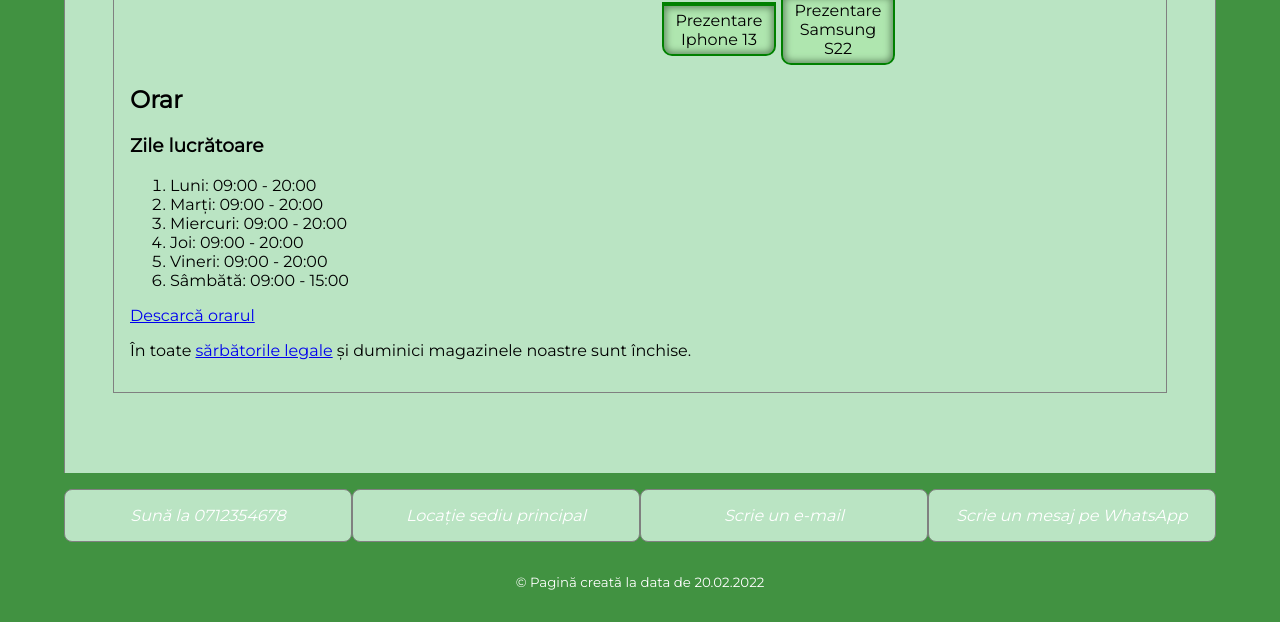
Repository: alexbanilean/Proiect-TW---ElectroHub
Page: index.html
The author's editor kept a copy of each file at every save. The page is drawn from the files as they stood at one save, then again after a run of saves.
The browser window is 1280 px wide. The pictures show the part of the page from y = 3956 to 4578 px (the page is 4578 px tall before and 4544 px after).

Above is the page before, as saved 2022-03-06 19:24:42.

### index.html
<!DOCTYPE html>
<html lang="ro">
    <head>

        <meta charset="utf-8">
        <meta name="description" content="Universul electronicelor și electrocasnicelor la cele mai bune prețuri.">
        <meta name="keywords" content="electronice, electrocasnice, telefoane, tablete, jocuri, televizoare, smartphone">
        <meta name="author" content="Alexandru Bănilean">

        <title>ElectroHub</title>

        <link rel="apple-touch-icon" sizes="180x180" href="./resurse/ico/apple-touch-icon.png">
        <link rel="icon" type="image/png" sizes="32x32" href="./resurse/ico/favicon-32x32.png">
        <link rel="icon" type="image/png" sizes="16x16" href="./resurse/ico/favicon-16x16.png">
        <link rel="manifest" href="./resurse/ico/site.webmanifest">
        <link rel="mask-icon" href="./resurse/ico/safari-pinned-tab.svg" color="#5bbad5">
        <link rel="shortcut icon" href="./resurse/ico/favicon.ico">
        <meta name="msapplication-TileColor" content="#da532c">
        <meta name="msapplication-config" content="./resurse/ico/browserconfig.xml">
        <meta name="theme-color" content="#ffffff">

        <link rel="stylesheet" href="./resurse/css/general.css" type="text/css"/>
        <link rel="stylesheet" href="./resurse/css/general-1200.css" type="text/css" media="screen and (max-width:1200px)"/>
        <link rel="stylesheet" href="./resurse/css/general-500.css" type="text/css" media="screen and (max-width:500px)"/>
        <link rel="stylesheet" href="./resurse/css/nav.css" type="text/css"/>
        <link rel="stylesheet" href="./resurse/css/nav-500.css" type="text/css" media="screen and (max-width:500px)"/>

        <link rel="stylesheet" href="https://use.fontawesome.com/releases/v6.0.0/css/all.css">
        <link rel="preconnect" href="https://fonts.gstatic.com">
        <link href="https://fonts.googleapis.com/css?family=Montserrat" rel="stylesheet"/>

    </head>
    <body>
        <header>
            <h1>ElectroHub</h1>
        </header>

        <nav>

            <label id="hamburger" for="ch-menu">
                <img src="./resurse/imagini/hamburger_icon_alb.png" alt="menu">
            </label>
            <input id="ch-menu" type="checkbox">

            <ul class="meniu">
                <li><div class="home-button"><span class="text-home-button">Acasă</span></div>
                    <ul>
                        <li><a href="#welcome">Bine ați venit!</a></li>
                        <li><a href="#orar">Orar</a></li>
                    </ul>
                </li>
                <li><div>Despre</div>
                    <ul>
                        <li><a href="despre.html#prezentare">Prezentare</a></li>
                        <li><a href="despre.html#istoric">Istoric</a></li>
                        <li><a href="despre.html#galerie">Galerie</a></li>
                    </ul>
                </li>
                <li><div>Produse</div>
                    <ul>
                        <li><a href="#">Toate</a></li>
                        <li><a href="#">Telefoane & Tablete</a></li>
                        <li><a href="#">Laptop & Desktop</a></li>
                        <li><a href="#">TV</a></li>
                        <li><a href="#">Audio-Video & Foto</a></li>
                        <li><a href="#">Periferice</a></li>
                        <li><a href="#">Gaming, Jocuri</a></li>
                        <li><a href="#">Electrocasnice mari</a></li>
                        <li><a href="#">Electrocasnice mici</a></li>
                        <li><a href="#">Îngrijire personală</a></li>
                    </ul>
                </li>
                <li><a href="suport_clienti.html">Suport clienți</a></li>
                <li><a href="contact.html">Contact</a></li>
            </ul>
        </nav>

        <main>
            <div id="grid-pagina">
                <section id="welcome">
                    <h2>Bine ați venit!</h2>
                    <p>ElectroHub România reprezintă cel mai mare furnizor de tehnologie la nivel național,
                        oferind clienților toate produsele <b>electronice</b> și <b>electrocasnice</b> necesare, împreună cu servicii de calitate,
                        dar și tehnică de ultimă generație, de la cele mai noi <b>televizoare</b> numai bune pentru a te relaxa, până la <b>telefoane</b> mobile,
                        <b>tablete</b> și <b>jocuri</b> pentru a-i face fericiți pe cei mici și nu numai.</p>
                    <p>Scopurile urmărite de compania noastră sunt:</p>
                    <ol>
                        <li>Asigurarea serviciilor de calitate clienților noștri</li>
                        <li>Eficiență și rapiditate</li>
                        <li>Oferirea unei game variate de produse</li>
                        <li><q lang="ro" cite="https://www.postmodern.ro/articol/citate-despre-succes/">Când totul pare că e împotriva ta, amintește-ți că avioanele decolează întotdeauna împotriva vântului.</q></li>
                    </ol>

                    <figure>
                        <img sizes="(min-width:1200px) 1280px, (min-width:600px) 640px, 200px"
                            srcset="./resurse/imagini/online_shopping_large.jpg 1280w,
                                    ./resurse/imagini/online_shopping_medium.jpg 640w,
                                    ./resurse/imagini/online_shopping_small.jpg 200w"
                            src="./resurse/imagini/online_shopping_medium.jpg"
                            alt="online_shopping"
                            class="imagine_client"/>
                        <figcaption>Servicii de <em>calitate</em> și clienți mulțumiți</figcaption>
                    </figure>

                </section>

                <section id="tabel">
                    <p>Lorem ipsum dolor sit amet, consectetur adipiscing elit. Nullam aliquam odio vitae purus sagittis congue. Nullam eu facilisis felis. Suspendisse dapibus, leo id hendrerit convallis, dolor eros condimentum augue, eu luctus felis dolor sed odio. Phasellus congue tincidunt lectus, quis laoreet nibh. Nam ac nulla aliquet, dapibus eros non, dictum nulla. Donec mollis, nunc vel fringilla condimentum, enim orci varius ante, sed rutrum lectus risus et quam. Sed suscipit ac eros nec placerat. Aliquam quis urna id orci eleifend eleifend ut in sem. Fusce facilisis tristique tellus at fermentum.
                       Sed scelerisque malesuada felis eget luctus. In consectetur et lectus vel maximus. Morbi accumsan magna sed orci lobortis imperdiet. Nam sit amet risus vel lectus maximus accumsan vitae at metus. Ut convallis nisi vel tortor placerat varius. Sed pulvinar felis quis magna bibendum convallis. Praesent at arcu eget turpis viverra varius ut vel elit. Nulla cursus faucibus magna, vitae laoreet magna feugiat sit amet. Pellentesque dictum mauris lacinia, elementum tellus vitae, interdum velit. Nullam a commodo nibh. Aenean ultricies venenatis mauris. Pellentesque vel scelerisque felis. Cras gravida, sem nec laoreet bibendum, leo sapien dignissim massa, et ullamcorper sapien purus cursus ex. Phasellus consequat fringilla enim, non aliquam velit egestas lobortis.</p>
                </section>

                <section id="calendar">
                    <p>Lorem ipsum dolor sit amet, consectetur adipiscing elit. Nullam aliquam odio vitae purus sagittis congue. Nullam eu facilisis felis. Suspendisse dapibus, leo id hendrerit convallis, dolor eros condimentum augue, eu luctus felis dolor sed odio. Phasellus congue tincidunt lectus, quis laoreet nibh. Nam ac nulla aliquet, dapibus eros non, dictum nulla. Donec mollis, nunc vel fringilla condimentum, enim orci varius ante, sed rutrum lectus risus et quam. Sed suscipit ac eros nec placerat. Aliquam quis urna id orci eleifend eleifend ut in sem. Fusce facilisis tristique tellus at fermentum.
                        Sed scelerisque malesuada felis eget luctus. In consectetur et lectus vel maximus. Morbi accumsan magna sed orci lobortis imperdiet. Nam sit amet risus vel lectus maximus accumsan vitae at metus. Ut convallis nisi vel tortor placerat varius. Sed pulvinar felis quis magna bibendum convallis. Praesent at arcu eget turpis viverra varius ut vel elit. Nulla cursus faucibus magna, vitae laoreet magna feugiat sit amet. Pellentesque dictum mauris lacinia, elementum tellus vitae, interdum velit. Nullam a commodo nibh. Aenean ultricies venenatis mauris. Pellentesque vel scelerisque felis. Cras gravida, sem nec laoreet bibendum, leo sapien dignissim massa, et ullamcorper sapien purus cursus ex. Phasellus consequat fringilla enim, non aliquam velit egestas lobortis.</p>
                </section>

                <section id="anunturi">
                    <p>Lorem ipsum dolor sit amet, consectetur adipiscing elit. Nullam aliquam odio vitae purus sagittis congue. Nullam eu facilisis felis. Suspendisse dapibus, leo id hendrerit convallis, dolor eros condimentum augue, eu luctus felis dolor sed odio. Phasellus congue tincidunt lectus, quis laoreet nibh. Nam ac nulla aliquet, dapibus eros non, dictum nulla. Donec mollis, nunc vel fringilla condimentum, enim orci varius ante, sed rutrum lectus risus et quam. Sed suscipit ac eros nec placerat. Aliquam quis urna id orci eleifend eleifend ut in sem. Fusce facilisis tristique tellus at fermentum.
                        Sed scelerisque malesuada felis eget luctus. In consectetur et lectus vel maximus. Morbi accumsan magna sed orci lobortis imperdiet. Nam sit amet risus vel lectus maximus accumsan vitae at metus. Ut convallis nisi vel tortor placerat varius. Sed pulvinar felis quis magna bibendum convallis. Praesent at arcu eget turpis viverra varius ut vel elit. Nulla cursus faucibus magna, vitae laoreet magna feugiat sit amet. Pellentesque dictum mauris lacinia, elementum tellus vitae, interdum velit. Nullam a commodo nibh. Aenean ultricies venenatis mauris. Pellentesque vel scelerisque felis. Cras gravida, sem nec laoreet bibendum, leo sapien dignissim massa, et ullamcorper sapien purus cursus ex. Phasellus consequat fringilla enim, non aliquam velit egestas lobortis.</p>
                </section>

                <section id="users-list">
                    <p>Lorem ipsum dolor sit amet, consectetur adipiscing elit. Nullam aliquam odio vitae purus sagittis congue. Nullam eu facilisis felis. Suspendisse dapibus, leo id hendrerit convallis, dolor eros condimentum augue, eu luctus felis dolor sed odio. Phasellus congue tincidunt lectus, quis laoreet nibh. Nam ac nulla aliquet, dapibus eros non, dictum nulla. Donec mollis, nunc vel fringilla condimentum, enim orci varius ante, sed rutrum lectus risus et quam. Sed suscipit ac eros nec placerat. Aliquam quis urna id orci eleifend eleifend ut in sem. Fusce facilisis tristique tellus at fermentum.
                        Sed scelerisque malesuada felis eget luctus. In consectetur et lectus vel maximus. Morbi accumsan magna sed orci lobortis imperdiet. Nam sit amet risus vel lectus maximus accumsan vitae at metus. Ut convallis nisi vel tortor placerat varius. Sed pulvinar felis quis magna bibendum convallis. Praesent at arcu eget turpis viverra varius ut vel elit. Nulla cursus faucibus magna, vitae laoreet magna feugiat sit amet. Pellentesque dictum mauris lacinia, elementum tellus vitae, interdum velit. Nullam a commodo nibh. Aenean ultricies venenatis mauris. Pellentesque vel scelerisque felis. Cras gravida, sem nec laoreet bibendum, leo sapien dignissim massa, et ullamcorper sapien purus cursus ex. Phasellus consequat fringilla enim, non aliquam velit egestas lobortis.</p>
                </section>

                <section id="statistici">
                    <p>Lorem ipsum dolor sit amet, consectetur adipiscing elit. Nullam aliquam odio vitae purus sagittis congue. Nullam eu facilisis felis. Suspendisse dapibus, leo id hendrerit convallis, dolor eros condimentum augue, eu luctus felis dolor sed odio. Phasellus congue tincidunt lectus, quis laoreet nibh. Nam ac nulla aliquet, dapibus eros non, dictum nulla. Donec mollis, nunc vel fringilla condimentum, enim orci varius ante, sed rutrum lectus risus et quam. Sed suscipit ac eros nec placerat. Aliquam quis urna id orci eleifend eleifend ut in sem. Fusce facilisis tristique tellus at fermentum.
                        Sed scelerisque malesuada felis eget luctus. In consectetur et lectus vel maximus. Morbi accumsan magna sed orci lobortis imperdiet. Nam sit amet risus vel lectus maximus accumsan vitae at metus. Ut convallis nisi vel tortor placerat varius. Sed pulvinar felis quis magna bibendum convallis. Praesent at arcu eget turpis viverra varius ut vel elit. Nulla cursus faucibus magna, vitae laoreet magna feugiat sit amet. Pellentesque dictum mauris lacinia, elementum tellus vitae, interdum velit. Nullam a commodo nibh. Aenean ultricies venenatis mauris. Pellentesque vel scelerisque felis. Cras gravida, sem nec laoreet bibendum, leo sapien dignissim massa, et ullamcorper sapien purus cursus ex. Phasellus consequat fringilla enim, non aliquam velit egestas lobortis.</p>
                </section>

                <section id="date-site">
                    <p>Lorem ipsum dolor sit amet, consectetur adipiscing elit. Nullam aliquam odio vitae purus sagittis congue. Nullam eu facilisis felis. Suspendisse dapibus, leo id hendrerit convallis, dolor eros condimentum augue, eu luctus felis dolor sed odio. Phasellus congue tincidunt lectus, quis laoreet nibh. Nam ac nulla aliquet, dapibus eros non, dictum nulla. Donec mollis, nunc vel fringilla condimentum, enim orci varius ante, sed rutrum lectus risus et quam. Sed suscipit ac eros nec placerat. Aliquam quis urna id orci eleifend eleifend ut in sem. Fusce facilisis tristique tellus at fermentum.
                        Sed scelerisque malesuada felis eget luctus. In consectetur et lectus vel maximus. Morbi accumsan magna sed orci lobortis imperdiet. Nam sit amet risus vel lectus maximus accumsan vitae at metus. Ut convallis nisi vel tortor placerat varius. Sed pulvinar felis quis magna bibendum convallis. Praesent at arcu eget turpis viverra varius ut vel elit. Nulla cursus faucibus magna, vitae laoreet magna feugiat sit amet. Pellentesque dictum mauris lacinia, elementum tellus vitae, interdum velit. Nullam a commodo nibh. Aenean ultricies venenatis mauris. Pellentesque vel scelerisque felis. Cras gravida, sem nec laoreet bibendum, leo sapien dignissim massa, et ullamcorper sapien purus cursus ex. Phasellus consequat fringilla enim, non aliquam velit egestas lobortis.</p>
                </section>

                <section id="random">

                    <details>
                        <summary>Categorii de produse</summary>
                        <ol>
                            <li>Telefoane & Tablete</li>
                            <li>Laptop & Desktop</li>
                            <li>TV, Audio-Video & Foto</li>
                            <li>Periferice</li>
                            <li>Gaming, Jocuri</li>
                            <li>Electrocasnice mari</li>
                            <li>Electrocasnice mici</li>
                            <li>Îngrijire personală</li>
                        </ol>
                    </details>

                    <details>
                        <summary>Întrebări frecvente</summary>
                        <ol>
                            <li>Cum cumpăr?</li>
                            <li>Cum pot returna un produs?</li>
                            <li>Cum aflu dacă produsul meu este sau nu în garanție?</li>
                        </ol>
                    </details>

                    <section id="prezentari">
                        <h2>Prezentari</h2>
                        <p>Aici puteti vedea cele mai noi telefoane ale momentului prezentate profesionist.</p>

                        <div class="video-prezentari">
                            <div id="container-iframe">
                                <iframe name="ifr-video" width="560" height="315" src="https://www.youtube.com/embed/Awu6ZyfDeeQ"
                                allow="accelerometer; autoplay; clipboard-write; encrypted-media; gyroscope; picture-in-picture" allowfullscreen></iframe>
                            </div>

                             <div class="taburi-iframe">
                                <a href="https://www.youtube.com/embed/Awu6ZyfDeeQ" target="ifr-video">Prezentare Iphone 13</a>
                                <a href="https://www.youtube.com/embed/XTiu4o0PCxY" target="ifr-video">Prezentare Samsung S22</a>
                            </div>
                        </div>



                    </section>

                    <section id="orar">
                        <h2>Orar</h2>
                        <section>
                            <h3>Zile lucrătoare</h3>
                            <ol>
                                <li>Luni: 09:00 - 20:00</li>
                                <li>Marți: 09:00 - 20:00</li>
                                <li>Miercuri: 09:00 - 20:00</li>
                                <li>Joi: 09:00 - 20:00</li>
                                <li>Vineri: 09:00 - 20:00</li>
                                <li>Sâmbătă: 09:00 - 15:00</li>
                            </ol>

                            <a href="./resurse/imagini/orar.jpg" download="orar_ElectroHub_2022">Descarcă orarul</a>

                            <p>În toate <a href="https://www.zileliberelegale.ro/zile-libere-2022">sărbătorile legale</a> și duminici magazinele noastre sunt închise.</p>
                        </section>
                    </section>
                </section>
            </div>
        </main>

        <footer>
            <address>
                <a href="tel:+40712354678">Sună la 0712354678</a>
                <a href="https://www.google.com/maps/place/Faculty+of+Mathematics+and+Informatics+-+University+of+Bucharest/@44.4355355,26.0995867,15z/data=!4m5!3m4!1s0x0:0x493984726f0235f9!8m2!3d44.4355355!4d26.0995867">Locație sediu principal</a><br/>
                <a href="mailto::clienti.electrohub@gmail.com">Scrie un e-mail</a>
                <a href="https://api.whatsapp.com/send?phone=40712354678">Scrie un mesaj pe WhatsApp</a>
            </address>

            <a href="#" id="link-top"><div class="tooltip"><span class="tooltiptext">Înapoi în partea de sus a paginii</span></div></a>

            <p class="copyright-info"><small>&copy; Pagină creată la data de <time datetime="2022-02-20">20.02.2022</time></small></p>
        </footer>
    </body>
</html>

### resurse/css/general.css
html{
    font-size: 16px;
    font-family: 'Montserrat';
}

body{


    --c1-text: black;
}

body{
    --body-padding: 4rem;
    --pading-intern: 3rem;

    margin-top: 0;
    margin-bottom: 0;
    margin-left: 0;
    margin-right: 0;

    padding-top: 0;
    padding-bottom: 0;
    padding-left: var(--body-padding);
    padding-right: var(--body-padding);

    background-color: rgb(65, 146, 65);
    background-attachment: fixed;

    min-width: 330px;
}

h1{
    font-size: 3rem;
    font-family: 'Montserrat';
    color: white;
}

main{
    --main-border: 1px solid grey;

    background-color: rgb(186, 228, 195);
    border-left: var(--main-border);
    border-right: var(--main-border);
    padding-bottom: 2rem;

    overflow: hidden;
}

#grid-pagina{
    display: grid;

    grid-template-areas:
                        "zona-1 zona-1 zona-1 zona-1"
                        "zona-5 zona-6 zona-6 zona-7"
                        "zona-3 zona-3 zona-2 zona-2"
                        "zona-4 zona-4 zona-2 zona-2"
                        "zona-8 zona-8 zona-8 zona-8";
    grid-template-columns: 1fr 1fr 1fr 1fr;
    padding: var(--pading-intern);
    grid-gap: 1rem;
}

#grid-pagina>section{
    border: 1px solid grey;
    padding: 1rem;
}

#welcome{
    grid-area: zona-1;
}

#welcome .imagine_client{
    width: 100%;
    margin-left: auto;
    margin-right: auto;
}

#welcome figcaption{
    width: 100%;
    text-align: center;
}

#tabel{
    grid-area: zona-2;
}

#calendar{
    grid-area: zona-3;
}

#anunturi{
    grid-area: zona-4;
}

#users-list{
    grid-area: zona-5;
}

#statistici{
    grid-area: zona-6;
}

#date-site{
    grid-area: zona-7;
}

#random{
    grid-area: zona-8;
}

footer{
    background-color: rgb(65, 146, 65);
    color: white;
}

footer>address{
    display: flex;
    flex-direction: row;
    margin-top: 1rem;
    background-color: none;
}

footer>address a{
    display: flex;
    flex-wrap: wrap;
    text-decoration: none;
    background-color: rgb(186, 228, 195);
    color: white;

    justify-content: center;
    align-items: center;

    border: 1px solid grey;
    border-radius: 0.5rem;

    width: 25%;
    margin: 0;
    padding: 1rem;
    gap: 0.5rem;
}

footer>.copyright-info{
    display: flex;
    flex-direction: row;
    justify-content: center;
    align-items: center;
    margin: 0;
    padding: 2rem;
}

/* Iframe + taburi */

.video-prezentari{
    position: relative;
    display: flex;
    flex-direction: column;
    align-items: center;
    align-content: center;
    min-width: 300px;
    width: 75%;
}

#container-iframe{
    box-sizing: border-box;
    display: flex;
    position: relative;
    padding-bottom: 56.25%;
    height: 0;
    width: 100%;
}

#container-iframe iframe{
    border: 4px solid green;
    padding: 0;
    top: 0;
    left: 0;
    position: absolute;
    width: 100%;
    height: 100%;
}

.taburi-iframe{
    display: flex;
    flex-direction: row;
    justify-content: right;
    align-items: center;
    width: 100%;

}

.taburi-iframe a{
    text-decoration: none;
    width: 100px;

    display: inline-block;
    border: 2px solid green;
    border-top: 4px solid green;

    border-bottom-left-radius: 10px;
    border-bottom-right-radius: 10px;
    background-color: rgb(175, 230, 175);
    color: black;

    transition: all 300ms linear;
    text-align: center;
    vertical-align: top;
    padding: 5px;

    box-shadow: 0px 0px 7px 2px inset rgb(98, 138, 98);
}

.taburi-iframe a+a{
    margin-left: 5px;

}

.taburi-iframe a:hover{
    background-color: white;
    box-shadow: none;
}

/* Link-top */

#link-top::before{
    content:'\01F839';
    font-size: 2rem;
    display: flex;
    flex-direction: column;
    justify-content: center;
    color: green;
    margin: 0;
    padding: 0;
    width: 100%;
    height: 100%;
    position: absolute;

    transform: scale(1);
    transition: 400ms linear;
    transform-origin: center center;
}

#link-top:hover::before{
    transform: scale(1.5);
    transition: 400ms linear;
    transform-origin: center center;
}

#link-top{
    position: fixed;
    display: flex;
    opacity: 0.5;

    bottom: 1rem;
    right: 1rem;
    width: 2.5rem;
    height: 2.3rem;
    background-color: white;
    border-top-left-radius: 50%;
    border-top-right-radius: 50%;
    border: 1px solid grey;
    box-shadow: 0px 0px 8px inset rgb(116, 115, 115);
    overflow: hidden;

    text-decoration: none;
    text-align: center;
}

#link-top:hover{
    opacity: 1;
    box-shadow: 0px 0px 15px inset rgb(116, 115, 115);
    transition: 400ms linear;
}


#link-top>.tooltip{
    bottom: 1rem;
    right: 1rem;
    width: 2.5rem;
    height: 2.3rem;
    position: fixed;
}

.tooltip>.tooltiptext{
    visibility: hidden;
    display: inline-block;
    width: 250px;
    background-color: white;
    color: black;
    text-align: center;
    border-radius: 10px;
    padding: 5px;

    position: absolute;
    z-index: 1;
    bottom: 0;
    right: 110%;
}

#link-top:hover>.tooltip>.tooltiptext{
    visibility: visible;
}

### resurse/css/general-1200.css
html{
    font-size: 14px;
}

body{
    --body-padding: 1.5rem;
    margin: 0;
}

#link-top{
    right: 1.7rem;
}

#link-top>.tooltip{
    right: 1.8rem;
}

nav>ul.meniu>li>div.home-button>.text-home-button{
    display: none;
}

nav>ul.meniu>li>div.home-button::before{
    padding-right: 0;
}

### resurse/css/general-500.css
html{
    font-size: 10px;
}

body{
    --body-padding: 0;
}

h1{
    text-align: center;
}

#grid-pagina{
    display: block;
}

section{
    margin-top: 1rem;
}

.taburi-iframe a{
    text-decoration: none;
    width: 75px;
}

#link-top{
    right: 0.3rem;
}

#link-top>.tooltip{
    right: 0.4rem;
}

### resurse/css/nav-500.css
#hamburger{
    display: block;
}

ul.meniu{
    display: none;
    position: absolute;
    width: 100%;
}

/* aparitie meniu */

#ch-menu:checked+ul.meniu{
    display: block;
    z-index: 2;
    position: absolute;
    transform-origin: 0 0;

    animation-name: aparitie_meniu;
    animation-iteration-count: 1;
    animation-timing-function: linear;
    animation-fill-mode: forwards;
    animation-duration: 300ms;
}

#ch-menu:checked+ul.meniu>li>div, #ch-menu:checked+ul.meniu>li>a{
    z-index: 2;
    position: relative;
}

/* display over content meniu */

nav ul.meniu li{
    width: 100%;
}

nav ul.meniu>li ul{
    position: absolute;
    width: 100%;
    z-index: 200;
}

#ch-menu:checked+ul.meniu>li ul>*{
    position: relative;
    z-index: 200;
}

nav ul.meniu>li:hover>ul{
    z-index: 200;
    animation: none;
}

/* modificari sageata + boxshadow */

nav ul.meniu>li:hover>ul li a::before{
    content: none;
}

nav ul.meniu>li:hover>ul li a:hover::before{
    animation: none;
    content: none;
}

ul.meniu>li :hover{
    box-shadow: 1px 1px 5px 1px inset white, -1px -1px 5px 1px inset white;
}

@keyframes aparitie_meniu{
    0%{transform: scale(0,0);}
    100%{transform: scale(1,1);}
}

Loaded but not shown: resurse/css/nav.css (124 lines, source omitted)

After the next 2 saves:
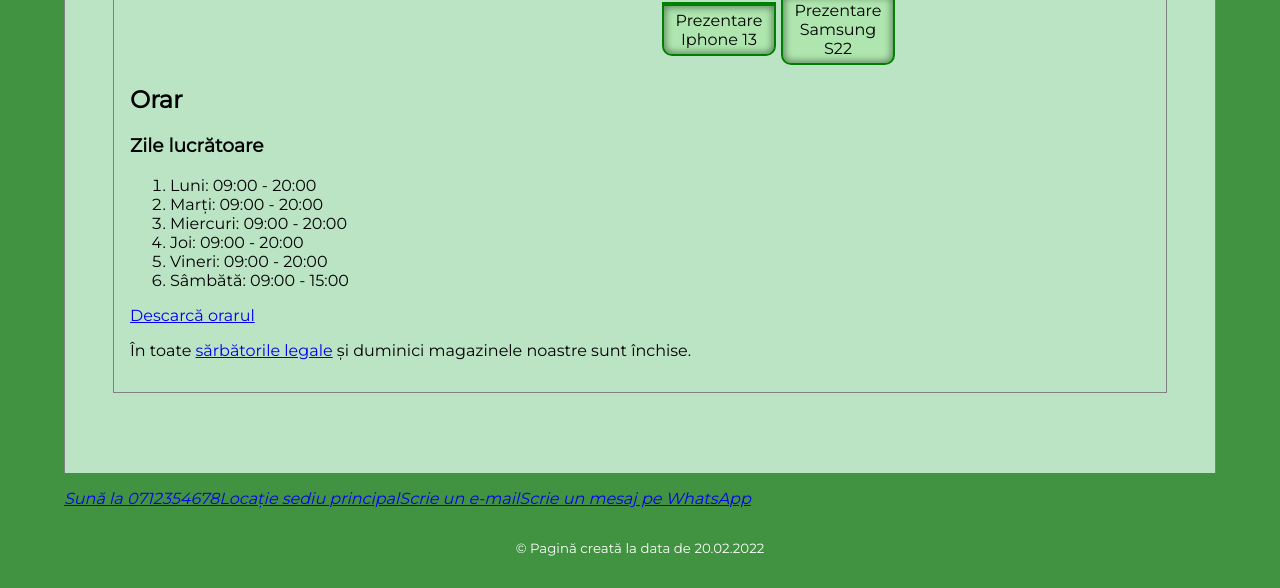
The 2 saves are shown as one change because they came seconds apart.
The last was saved 64 s later.
--- a/resurse/css/general.css
+++ b/resurse/css/general.css
@@ -118,7 +118,8 @@ footer>address{
     flex-direction: row;
     margin-top: 1rem;
     background-color: none;
-}
+
+}gap: 0.5rem;
 
 footer>address a{
     display: flex;
@@ -136,7 +137,7 @@ footer>address a{
     width: 25%;
     margin: 0;
     padding: 1rem;
-    gap: 0.5rem;
+
 }
 
 footer>.copyright-info{
